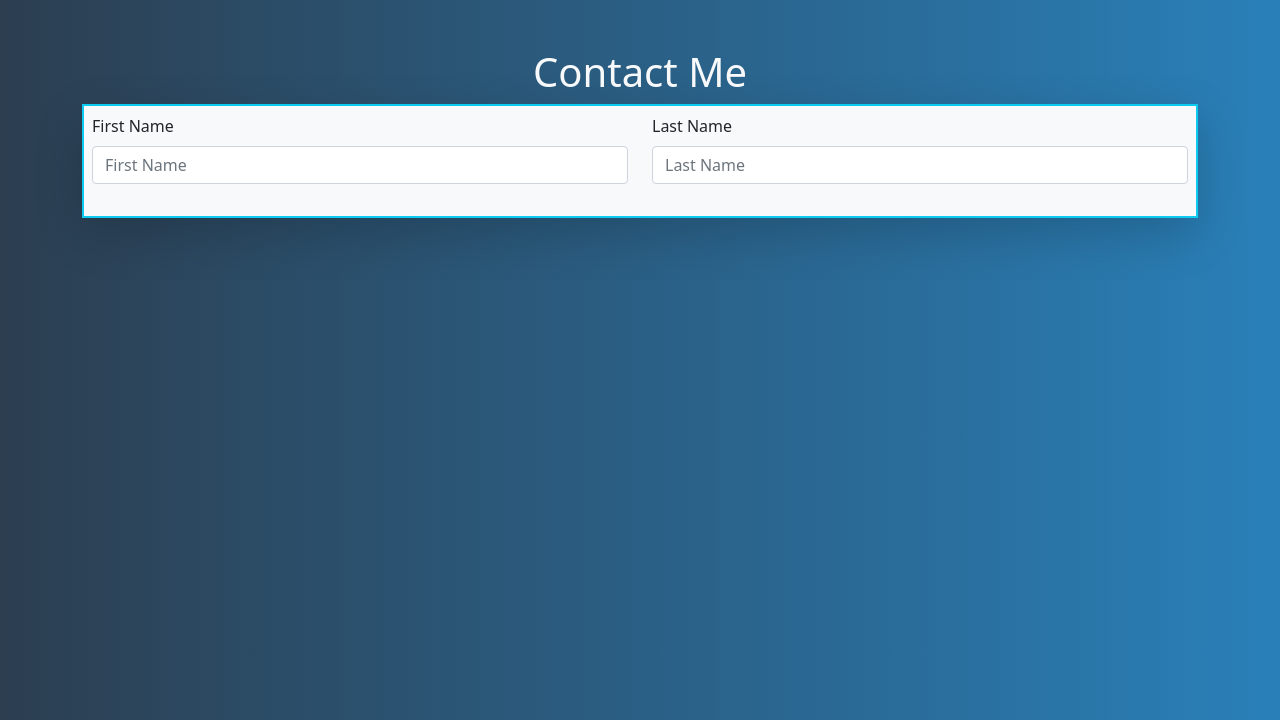
Repository: norman0286/formContactMe
Page: contactForm.html
An editor plug-in stored every save of this project. The page is shown before and after the next save, followed by the edit.
The browser window is 1280 px wide. The pictures show the whole page.

Above is the page before, as saved 2023-04-20 08:58:33.

### contactForm.html
<!DOCTYPE html>
<html lang="en">
  <head>
    <title>Contact Form</title>
    <!-- Required meta tags -->
    <meta charset="utf-8" />
    <meta
      name="viewport"
      content="width=device-width, initial-scale=1, shrink-to-fit=no"
    />

    <!-- Bootstrap CSS -->
    <link
      href="https://cdn.jsdelivr.net/npm/bootstrap@5.1.1/dist/css/bootstrap.min.css"
      rel="stylesheet"
      integrity="sha384-F3w7mX95PdgyTmZZMECAngseQB83DfGTowi0iMjiWaeVhAn4FJkqJByhZMI3AhiU"
      crossorigin="anonymous"
    />
    <link rel="stylesheet" href="/css/site.css" />
  </head>

  <body>
    <div class="container mt-5">
      <h1 class="text-light text-center">Contact Me</h1>
      <div class="border border-2 border-info shadow-lg p-2 bg-light">
        <form action="#">
          <div class="row">
            <div class="col">
              <label class="form-label">First Name</label>
              <input
                type="text"
                name="firstName"
                class="form-control"
                placeholder="First Name"
                aria-label="First Name"
                require
              />
            </div>
            <div class="col">
              <label class="form-label">Last Name</label>
              <input
                type="text"
                name="lastName"
                class="form-control"
                placeholder="Last Name"
                aria-label="Last Name"
                require
              />
            </div>
          </div>
          <div class="row">
            <div class="col">
              <label class="form-label"></label>
            </div>
          </div>
        </form>
      </div>
    </div>

    <!-- Bootstrap JS -->
    <script
      src="https://cdn.jsdelivr.net/npm/bootstrap@5.1.1/dist/js/bootstrap.bundle.min.js"
      integrity="sha384-/bQdsTh/da6pkI1MST/rWKFNjaCP5gBSY4sEBT38Q/9RBh9AH40zEOg7Hlq2THRZ"
      crossorigin="anonymous"
    ></script>
  </body>
</html>

### css/site.css
body{
    background: #2980b9;  /* fallback for old browsers */
background: -webkit-linear-gradient(to right, #2c3e50, #2980b9);  /* Chrome 10-25, Safari 5.1-6 */
background: linear-gradient(to right, #2c3e50, #2980b9); /* W3C, IE 10+/ Edge, Firefox 16+, Chrome 26+, Opera 12+, Safari 7+ */

}

After the next save:
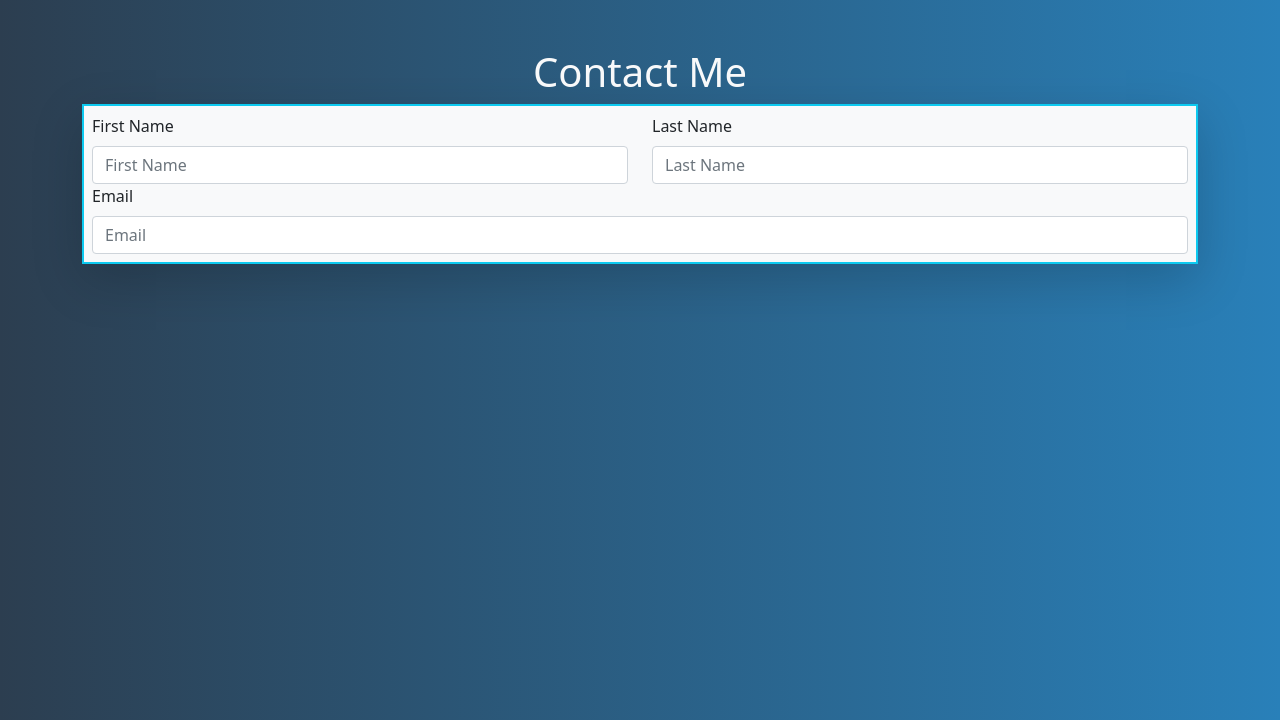
Saved 80 s later.
--- a/contactForm.html
+++ b/contactForm.html
@@ -50,7 +50,15 @@
           </div>
           <div class="row">
             <div class="col">
-              <label class="form-label"></label>
+              <label class="form-label">Email</label>
+              <input
+                type="email"
+                name="email"
+                class="form-control"
+                placeholder="Email"
+                aria-label="Email"
+                required
+              />
             </div>
           </div>
         </form>
